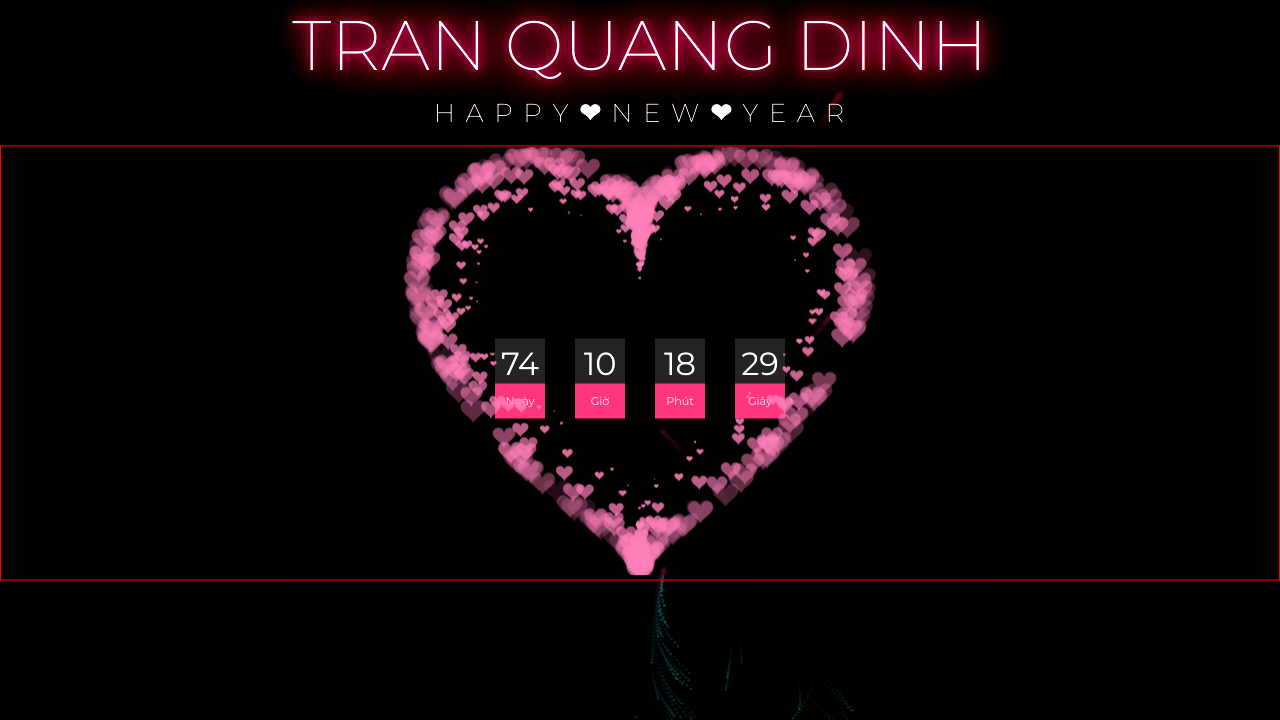
Repository: dinhtq-dev/heart-beat
Page: http://localhost/
The author's editor kept a copy of each file at every save. The page is drawn from the files as they stood at one save, then again after the next save.
The browser window is 1280 px wide. The pictures show the whole page.
Some web libraries are served in a nearby version. The page is served by the project's Node server (app.js).

Above is the page before, as saved 2023-01-07 22:51:12.

### views/index.ejs
<!DOCTYPE html>
<html>
  <head>
    <meta charset="utf-8" />
    <link rel="preconnect" href="https://fonts.googleapis.com" />
    <link rel="preconnect" href="https://fonts.gstatic.com" crossorigin />
    <link
      href="https://fonts.googleapis.com/css2?family=Montserrat:wght@200;300;400;600&display=swap"
      rel="stylesheet"
    />
    <link href="css/main.css" rel="stylesheet" />
  </head>

  <body>
    <!-- <audio autoplay="autopaly">
      <source src="renxi.mp3" type="audio/mp3" />
    </audio> -->
    <!-- 星空html -->
    <!-- <div> -->
    <div class="container2">
      <div class="content">
        <canvas id="universe"></canvas>
      </div>
    </div>
    <!-- </div> -->
    <div class="title">
      <!-- EDIT HERE -->
      <h3 class="STARDUST1">2023</h3>
      <!-- <h1 class="STARDUST2">MT &amp; BN</h1> -->
      <h1 class="STARDUST2">TRAN QUANG DINH</h1>
      <!-- <h3 class="STARDUST3">L O V E <strong>❤</strong> Y O U</h3> -->
      <h3 class="STARDUST3">
        H A P P Y <strong>❤</strong> N E W <strong>❤</strong> Y E A R
      </h3>
      <!-- <img class="img" src="EDIT_ME.png" alt="JUNO_OKYO" /> -->
      <div class="container-fluid">
        <!-- <h2>Mai Yeu</h2> -->

        <div class="countdown">
          <div id="day"></div>
          <div id="hour"></div>
          <div id="minute"></div>
          <div id="second"></div>
        </div>
        <canvas id="pinkboard"></canvas>
      </div>
    </div>

    <script src="https://cdnjs.cloudflare.com/ajax/libs/jquery/1.10.2/jquery.min.js"></script>
    <script src="js/main.js"></script>
    <script src="js/particle.js"></script>
    <script src="js/universe.js"></script>
    <script src="js/time.js"></script>
  </body>
</html>

### app.js
const express = require("express");
const app = express();
const path = require("path");
const port = 3000;
// set the view engine to ejs
app.set("view engine", "ejs");
app.set("views", "./views");

app.use(express.static(path.join(__dirname, "public")));
// use res.render to load up an ejs view file

// index page
app.get("/", function (req, res) {
  res.render("index");
});

app.listen(port);
console.log("Server is listening on port", port);

### public/css/main.css
.more-pens {
  position: fixed;
  left: 20px;
  bottom: 20px;
  z-index: 10;
  font-family: "Montserrat";
  font-size: 12px;
}

a.white-mode,
a.white-mode:link,
a.white-mode:visited,
a.white-mode:active {
  font-family: "Montserrat";
  font-size: 12px;
  text-decoration: none; /* background: #212121; */
  padding: 4px 8px;
  color: #f7f7f7;
}

a.white-mode:hover,
a.white-mode:link:hover,
a.white-mode:visited:hover,
a.white-mode:active:hover {
  background: #edf3f8;
  color: #212121;
}

.title {
  z-index: 9999 !important;
  position: absolute;
  left: 50%;
  top: 42%;
  transform: translateX(-50%) translateY(-50%);
  font-family: "Montserrat";
  text-align: center;
  width: 100%;
}

.title h1 {
  z-index: 99;
  position: relative;
  color: #fff;
  font-weight: 100;
  font-size: 70px;
  padding: 0;
  margin: 0;
  line-height: 1;
  text-shadow: 0 0 10px #ff006c, 0 0 20px #ff006c, 0 0 30px #ff006c,
    0 0 40px #ff417d, 0 0 70px #ff417d, 0 0 80px #ff417d, 0 0 100px #ff417d,
    0 0 150px #ff417d;
}

.title h1 span {
  z-index: 99;
  font-weight: 600;
  padding: 0;
  margin: 0;
  color: #ffffff;
}

.title h3 {
  z-index: 99;
  font-weight: 200;
  font-size: 26px;
  padding: 0;
  margin: 0;
  line-height: 1;
  color: #ffffff;
  letter-spacing: 2px;
}

/* 爱心css */
canvas {
  position: absolute;
  width: 100%;
  height: 100%;
}

.img {
  position: absolute;
  left: 50%;
  top: 60%;
  transform: translate(-50%, -50%);
  width: 420px;
  height: 420px;
}

#pinkboard {
  position: relative;
  top: 0%;
  left: 0%;
  height: 429px;
}

.STARDUST1 {
  position: relative !important;
  top: -60px;
}

.STARDUST2 {
  position: relative !important;
  top: -40px;
}

.STARDUST3 {
  position: relative !important;
  top: -20px;
}

/* 星空css */
html,
body {
  padding: 0px;
  margin: 0px;
  width: 100%;
  height: 100%;
  position: fixed;
}

body {
  display: flex;
  justify-content: center;
  align-items: center;
  -webkit-filter: contrast(120%);
  filter: contrast(120%);
  background-image: radial-gradient(
    1600px at 70% 120%,
    rgba(33, 39, 80, 1) 10%,
    #020409 100%
  ) !important; /* background-color: black; */
}

.container2 {
  /* z-index: 8; */
  position: absolute;
  width: 100%;
  height: 100%;
  background-image: radial-gradient(
    1600px at 70% 120%,
    rgba(33, 39, 80, 1) 10%,
    #020409 100%
  ) !important;
}

.content {
  width: inherit;
  height: inherit;
  width: 100%;
  height: 100%;
  background-image: radial-gradient(
    1600px at 70% 120%,
    rgba(33, 39, 80, 1) 10%,
    #020409 100%
  ) !important;
}

#universe {
  width: 100%;
  height: 100%;
}

#footerContent {
  font-family: sans-serif;
  font-size: 110%;
  color: rgba(200, 220, 255, 0.3);
  width: 100%;
  position: fixed;
  bottom: 0px;
  padding: 20px;
  text-align: center;
  z-index: 20;
}

/* #footer {
  position: absolute;
  bottom: 0px;
  height: 300px;
  width: 100%;
} */
#scene {
  height: 100%;
  position: absolute;
  left: 50%;
  margin-left: -800px;
}

a {
  text-decoration: none;
  color: rgba(200, 220, 255, 1);
  opacity: 0.4;
  transition: opacity 0.4s ease;
}

a:hover {
  opacity: 1;
}

/* heart image: https://stackoverflow.com/a/51216413 */
img {
  /* width: 200px; */
  aspect-ratio: 1;
  object-fit: cover;
  --_m: radial-gradient(#000 69%, #0000 70%) 84.5% fill/100%;
  -webkit-mask-box-image: var(--_m);
  mask-border: var(--_m);
  clip-path: polygon(-41% 0, 50% 91%, 141% 0);
}

.container-fluid {
  border: 1px solid red;
  position: relative;
}

.container-fluid h2 {
  color: white;
  position: absolute;
  margin: 0;
  padding: 0;
  left: 50%;
  top: 50%;
  transform: translate(-50%, -50%);

  line-height: 1;
  text-shadow: 0 0 10px #ff006c, 0 0 20px #ff006c, 0 0 30px #ff006c,
    0 0 40px #ff417d, 0 0 70px #ff417d, 0 0 80px #ff417d, 0 0 100px #ff417d,
    0 0 150px #ff417d;
}

.container {
  position: absolute;
  top: 80px;
  left: 100px;
  right: 100px;
  bottom: 80px;
  background: url(https://images.unsplash.com/photo-1588392382834-a891154bca4d?ixid=MXwxMjA3fDB8MHxwaG90by1wYWdlfHx8fGVufDB8fHw%3D&ixlib=rb-1.2.1&auto=format&fit=crop&w=1589&q=80);
  background-attachment: fixed;
  display: flex;
  justify-content: center;
  align-items: center;
  flex-direction: column;
  box-shadow: 0 1px 1px rgba(0, 0, 0, 0.12), 0 2px 2px rgba(0, 0, 0, 0.12),
    0 4px 4px rgba(0, 0, 0, 0.12), 0 8px 8px rgba(0, 0, 0, 0.12),
    0 16px 16px rgba(0, 0, 0, 0.12);
}

.container h2 {
  text-align: center;
  font-size: 10em;
  line-height: 0.7em;
  color: #fff;
  margin-top: -80px;
}
.container h2 span {
  display: block;
  letter-spacing: 6px;
  font-size: 0.2em;
}

.countdown {
  display: flex;
  position: absolute;
  left: 50%;
  top: 50%;
  transform: translate(-50%, -50%);
}

.countdown div {
  position: relative;
  width: 50px;
  line-height: 50px;
  text-align: center;
  background: #333;
  color: #fff;
  margin: 0 15px;
  font-size: 2em;
  box-shadow: 0 1px 1px rgba(0, 0, 0, 0.12), 0 2px 2px rgba(0, 0, 0, 0.12),
    0 4px 4px rgba(0, 0, 0, 0.12), 0 8px 8px rgba(0, 0, 0, 0.12),
    0 16px 16px rgba(0, 0, 0, 0.12);
}
.countdown div:before {
  content: "";
  position: absolute;
  bottom: -30px;
  left: 0;
  width: 100%;
  background: #ff417d;
  color: #dddddd;
  font-size: 0.35em;
  line-height: 35px;
}

.countdown #day:before {
  content: "Ngày";
}
.countdown #hour:before {
  content: "Giờ";
}
.countdown #minute:before {
  content: "Phút";
}
.countdown #second:before {
  content: "Giây";
}

### public/js/main.js
let particles = [];
let microparticles = [];

const c1 = createCanvas({
  width: $(window).width(),
  height: $(window).height(),
});

const tela = c1.canvas;
const canvas = c1.context;

// $("body").append(tela);
$("body").append(c1.canvas);

class Particle1 {
  constructor(canvas) {
    this.random = Math.random();
    this.random1 = Math.random();
    this.random2 = Math.random();
    this.progress = 0;
    this.canvas = canvas;
    this.life = 1000 + Math.random() * 3000;

    this.x = $(window).width() / 2 + (Math.random() * 20 - Math.random() * 20);
    this.y = $(window).height();
    this.s = 2 + Math.random();
    this.w = $(window).width();
    this.h = $(window).height();
    this.direction = this.random > 0.5 ? -1 : 1;
    this.radius = 1 + 3 * this.random;
    this.color = "#ff417d";

    this.ID = setInterval(
      function () {
        microparticles.push(
          new microParticle(c1.context, {
            x: this.x,
            y: this.y,
          })
        );
      }.bind(this),
      this.random * 20
    );

    setTimeout(
      function () {
        clearInterval(this.ID);
      }.bind(this),
      this.life
    );
  }

  render() {
    this.canvas.beginPath();
    this.canvas.arc(this.x, this.y, this.radius, 0, 2 * Math.PI);
    // this.canvas.lineWidth = 2;
    this.canvas.shadowOffsetX = 0;
    this.canvas.shadowOffsetY = 0;
    // this.canvas.shadowBlur = 6;
    this.canvas.shadowColor = "#000000";
    this.canvas.fillStyle = this.color;
    this.canvas.fill();
    this.canvas.closePath();
  }

  move() {
    this.x -=
      this.direction * Math.sin(this.progress / (this.random1 * 430)) * this.s;
    this.y -= Math.cos(this.progress / this.h) * this.s;

    if (this.x < 0 || this.x > this.w - this.radius) {
      clearInterval(this.ID);
      return false;
    }

    if (this.y < 0) {
      clearInterval(this.ID);
      return false;
    }
    this.render();
    this.progress++;
    return true;
  }
}

class microParticle {
  constructor(canvas, options) {
    this.random = Math.random();
    this.random1 = Math.random();
    this.random2 = Math.random();
    this.progress = 0;
    this.canvas = canvas;

    this.x = options.x;
    this.y = options.y;
    this.s = 2 + Math.random() * 3;
    this.w = $(window).width();
    this.h = $(window).height();
    this.radius = 1 + this.random * 0.5;
    this.color = "#4EFCFE"; //this.random > .5 ? "#a9722c" : "#FFFED7"
  }

  render() {
    this.canvas.beginPath();
    this.canvas.arc(this.x, this.y, this.radius, 0, 2 * Math.PI);
    this.canvas.lineWidth = 2;
    this.canvas.fillStyle = this.color;
    this.canvas.fill();
    this.canvas.closePath();
  }

  move() {
    this.x -=
      Math.sin(this.progress / (100 / (this.random1 - this.random2 * 10))) *
      this.s;
    this.y += Math.cos(this.progress / this.h) * this.s;

    if (this.x < 0 || this.x > this.w - this.radius) {
      return false;
    }

    if (this.y > this.h) {
      return false;
    }
    this.render();
    this.progress++;
    return true;
  }
}

var random_life = 1000;

setInterval(
  function () {
    particles.push(new Particle1(canvas));
    random_life = 2000 * Math.random();
  }.bind(this),
  random_life
);

function clear() {
  let grd = canvas.createRadialGradient(
    tela.width / 2,
    tela.height / 2,
    0,
    tela.width / 2,
    tela.height / 2,
    tela.width
  );
  grd.addColorStop(0, "rgba(20,20,20,1)");
  grd.addColorStop(1, "rgba(0,0,0,0)");
  // Fill with gradient
  canvas.globalAlpha = 0.16;
  canvas.fillStyle = grd;
  canvas.fillRect(0, 0, tela.width, tela.height);
}

function blur(ctx, canvas, amt) {
  // ctx.filter = `blur(${amt}px)`
  // ctx.drawImage(canvas, 0, 0)
  // ctx.filter = 'none'
}

function update() {
  clear();
  particles = particles.filter(function (p) {
    return p.move();
  });
  microparticles = microparticles.filter(function (mp) {
    return mp.move();
  });
  requestAnimationFrame(update.bind(this));
}

function createCanvas(properties) {
  let canvas = document.createElement("canvas");
  canvas.width = properties.width;
  //   canvas.style.zIndex = 999;
  canvas.height = properties.height;
  let context = canvas.getContext("2d");
  return {
    canvas: canvas,
    context: context,
  };
}

update();

### public/js/particle.js
/*
 * Settings
 */
var settings = {
  particles: {
    length: 500, // maximum amount of particles
    duration: 2, // particle duration in sec
    velocity: 100, // particle velocity in pixels/sec
    effect: -0.75, // play with this for a nice effect
    size: 30, // particle size in pixels
  },
};

/*
 * RequestAnimationFrame polyfill by Erik M?ller
 */
(function() {
  var b = 0;
  var c = ["ms", "moz", "webkit", "o"];
  for (var a = 0; a < c.length && !window.requestAnimationFrame; ++a) {
    window.requestAnimationFrame = window[c[a] + "RequestAnimationFrame"];
    window.cancelAnimationFrame =
      window[c[a] + "CancelAnimationFrame"] ||
      window[c[a] + "CancelRequestAnimationFrame"];
  }
  if (!window.requestAnimationFrame) {
    window.requestAnimationFrame = function(h, e) {
      var d = new Date().getTime();
      var f = Math.max(0, 16 - (d - b));
      var g = window.setTimeout(function() {
        h(d + f);
      }, f);
      b = d + f;
      return g;
    };
  }
  if (!window.cancelAnimationFrame) {
    window.cancelAnimationFrame = function(d) {
      clearTimeout(d);
    };
  }
})();

/*
 * Point class
 */
var Point = (function() {
  function Point(x, y) {
    this.x = typeof x !== "undefined" ? x : 0;
    this.y = typeof y !== "undefined" ? y : 0;
  }
  Point.prototype.clone = function() {
    return new Point(this.x, this.y);
  };
  Point.prototype.length = function(length) {
    if (typeof length == "undefined")
      return Math.sqrt(this.x * this.x + this.y * this.y);
    this.normalize();
    this.x *= length;
    this.y *= length;
    return this;
  };
  Point.prototype.normalize = function() {
    var length = this.length();
    this.x /= length;
    this.y /= length;
    return this;
  };
  return Point;
})();

/*
 * Particle class
 */
var Particle = (function() {
  function Particle() {
    this.position = new Point();
    this.velocity = new Point();
    this.acceleration = new Point();
    this.age = 0;
  }
  Particle.prototype.initialize = function(x, y, dx, dy) {
    this.position.x = x;
    this.position.y = y;
    this.velocity.x = dx;
    this.velocity.y = dy;
    this.acceleration.x = dx * settings.particles.effect;
    this.acceleration.y = dy * settings.particles.effect;
    this.age = 0;
  };
  Particle.prototype.update = function(deltaTime) {
    this.position.x += this.velocity.x * deltaTime;
    this.position.y += this.velocity.y * deltaTime;
    this.velocity.x += this.acceleration.x * deltaTime;
    this.velocity.y += this.acceleration.y * deltaTime;
    this.age += deltaTime;
  };
  Particle.prototype.draw = function(context, image) {
    function ease(t) {
      return --t * t * t + 1;
    }
    var size = image.width * ease(this.age / settings.particles.duration);
    context.globalAlpha = 1 - this.age / settings.particles.duration;
    context.drawImage(
      image,
      this.position.x - size / 2,
      this.position.y - size / 2,
      size,
      size
    );
  };
  return Particle;
})();

/*
 * ParticlePool class
 */
var ParticlePool = (function() {
  var particles,
    firstActive = 0,
    firstFree = 0,
    duration = settings.particles.duration;

  function ParticlePool(length) {
    // create and populate particle pool
    particles = new Array(length);
    for (var i = 0; i < particles.length; i++)
      particles[i] = new Particle();
  }
  ParticlePool.prototype.add = function(x, y, dx, dy) {
    particles[firstFree].initialize(x, y, dx, dy);

    // handle circular queue
    firstFree++;
    if (firstFree == particles.length) firstFree = 0;
    if (firstActive == firstFree) firstActive++;
    if (firstActive == particles.length) firstActive = 0;
  };
  ParticlePool.prototype.update = function(deltaTime) {
    var i;

    // update active particles
    if (firstActive < firstFree) {
      for (i = firstActive; i < firstFree; i++)
        particles[i].update(deltaTime);
    }
    if (firstFree < firstActive) {
      for (i = firstActive; i < particles.length; i++)
        particles[i].update(deltaTime);
      for (i = 0; i < firstFree; i++) particles[i].update(deltaTime);
    }

    // remove inactive particles
    while (
      particles[firstActive].age >= duration &&
      firstActive != firstFree
    ) {
      firstActive++;
      if (firstActive == particles.length) firstActive = 0;
    }
  };
  ParticlePool.prototype.draw = function(context, image) {
    // draw active particles
    if (firstActive < firstFree) {
      for (i = firstActive; i < firstFree; i++)
        particles[i].draw(context, image);
    }
    if (firstFree < firstActive) {
      for (i = firstActive; i < particles.length; i++)
        particles[i].draw(context, image);
      for (i = 0; i < firstFree; i++) particles[i].draw(context, image);
    }
  };
  return ParticlePool;
})();

/*
 * Putting it all together
 */
(function(canvas) {
  var context = canvas.getContext("2d"),
    particles = new ParticlePool(settings.particles.length),
    particleRate = settings.particles.length / settings.particles.duration, // particles/sec
    time;

  // get point on heart with -PI <= t <= PI
  function pointOnHeart(t) {
    return new Point(
      160 * Math.pow(Math.sin(t), 3),
      130 * Math.cos(t) -
      50 * Math.cos(2 * t) -
      20 * Math.cos(3 * t) -
      10 * Math.cos(4 * t) +
      25
    );
  }

  // creating the particle image using a dummy canvas
  var image = (function() {
    var canvas = document.createElement("canvas"),
      context = canvas.getContext("2d");
    canvas.width = settings.particles.size;
    canvas.height = settings.particles.size;
    // helper function to create the path
    function to(t) {
      var point = pointOnHeart(t);
      point.x =
        settings.particles.size / 2 +
        (point.x * settings.particles.size) / 350;
      point.y =
        settings.particles.size / 2 -
        (point.y * settings.particles.size) / 350;
      return point;
    }
    // create the path
    context.beginPath();
    var t = -Math.PI;
    var point = to(t);
    context.moveTo(point.x, point.y);
    while (t < Math.PI) {
      t += 0.01; // baby steps!
      point = to(t);
      context.lineTo(point.x, point.y);
    }
    context.closePath();
    // create the fill
    context.fillStyle = "#ea80b0";
    context.fill();
    // create the image
    var image = new Image();
    image.src = canvas.toDataURL();
    return image;
  })();

  // render that thing!
  function render() {
    // next animation frame
    requestAnimationFrame(render);

    // update time
    var newTime = new Date().getTime() / 1000,
      deltaTime = newTime - (time || newTime);
    time = newTime;

    // clear canvas
    context.clearRect(0, 0, canvas.width, canvas.height);

    // create new particles
    var amount = particleRate * deltaTime;
    for (var i = 0; i < amount; i++) {
      var pos = pointOnHeart(Math.PI - 2 * Math.PI * Math.random());
      var dir = pos.clone().length(settings.particles.velocity);
      particles.add(
        canvas.width / 2 + pos.x,
        canvas.height / 2 - pos.y,
        dir.x,
        -dir.y
      );
    }

    // update and draw particles
    particles.update(deltaTime);
    particles.draw(context, image);
  }

  // handle (re-)sizing of the canvas
  function onResize() {
    canvas.width = canvas.clientWidth;
    canvas.height = canvas.clientHeight;
  }
  window.onresize = onResize;

  // delay rendering bootstrap
  setTimeout(function() {
    onResize();
    render();
  }, 10);
})(document.getElementById("pinkboard"));

### public/js/universe.js
window.requestAnimationFrame =
  window.requestAnimationFrame ||
  window.mozRequestAnimationFrame ||
  window.webkitRequestAnimationFrame ||
  window.msRequestAnimationFrame;



this.draw = function() {
  universe.beginPath();

  if (this.giant) {
    universe.fillStyle = "rgba(" + giantColor + "," + this.opacity + ")";
    universe.arc(this.x, this.y, 2, 0, 2 * Math.PI, false);
  } else if (this.comet) {
    universe.fillStyle = "rgba(" + cometColor + "," + this.opacity + ")";
    universe.arc(this.x, this.y, 1.5, 0, 2 * Math.PI, false);

    //comet tail
    for (var i = 0; i < 30; i++) {
      universe.fillStyle =
        "rgba(" +
        cometColor +
        "," +
        (this.opacity - (this.opacity / 20) * i) +
        ")";
      universe.rect(
        this.x - (this.dx / 4) * i,
        this.y - (this.dy / 4) * i - 2,
        2,
        2
      );
      universe.fill();
    }
  } else {
    universe.fillStyle = "rgba(" + starColor + "," + this.opacity + ")";
    universe.rect(this.x, this.y, this.r, this.r);
  }

  universe.closePath();
  universe.fill();
};

this.move = function() {
  this.x += this.dx;
  this.y += this.dy;
  if (this.fadingOut === false) {
    this.reset();
  }
  if (this.x > width - width / 4 || this.y < 0) {
    this.fadingOut = true;
  }
};

(function() {
  setTimeout(function() {
    first = false;
  }, 50);
})();


function getProbability(percents) {
  return Math.floor(Math.random() * 1000) + 1 < percents * 10;
}

function getRandInterval(min, max) {
  return Math.random() * (max - min) + min;
}

function windowResizeHandler() {
  width = window.innerWidth;
  height = window.innerHeight;
  starCount = width * starDensity;
  circleRadius = width > height ? height / 2 : width / 2;
  circleCenter = {
    x: width / 2,
    y: height / 2,
  };

  canva.setAttribute("width", width);
  canva.setAttribute("height", height);
}

### public/js/time.js
/*Lấy thời gian tết âm lịch (mily giây)*/
var tetAmLich = new Date(2022, 12, 22, 0, 0, 0).getTime();

function newYear() {
  /*Lấy thời gian ngày hiện tại (mily giây) */
  var ngayHienTai = new Date().getTime();

  /*Tính thời gian còn lại (mily giây) */

  console.log("tetAmLich", tetAmLich);
  thoigianConLai = tetAmLich - ngayHienTai;

  /*Chuyển đơn vị thời gian tương ứng sang mili giây*/
  var giay = 1000;
  var phut = giay * 60;
  var gio = phut * 60;
  var ngay = gio * 24;

  /*Tìm ra thời gian theo ngày, giờ, phút giây còn lại thông qua cách chia lấy dư(%) và làm tròn số(Math.floor) trong Javascript*/
  var d = Math.floor(thoigianConLai / ngay);
  var h = Math.floor((thoigianConLai % ngay) / gio);
  var m = Math.floor((thoigianConLai % gio) / phut);
  var s = Math.floor((thoigianConLai % phut) / giay);

  /*Hiển thị kết quả ra các thẻ Div với ID tương ứng*/
  document.getElementById("day").innerText = d;
  document.getElementById("hour").innerText = h;
  document.getElementById("minute").innerText = m;
  document.getElementById("second").innerText = s;
}

/*Thiết Lập hàm sẽ tự động chạy lại sau 1s*/
setInterval(function () {
  newYear();
}, 1000);

After the next save:
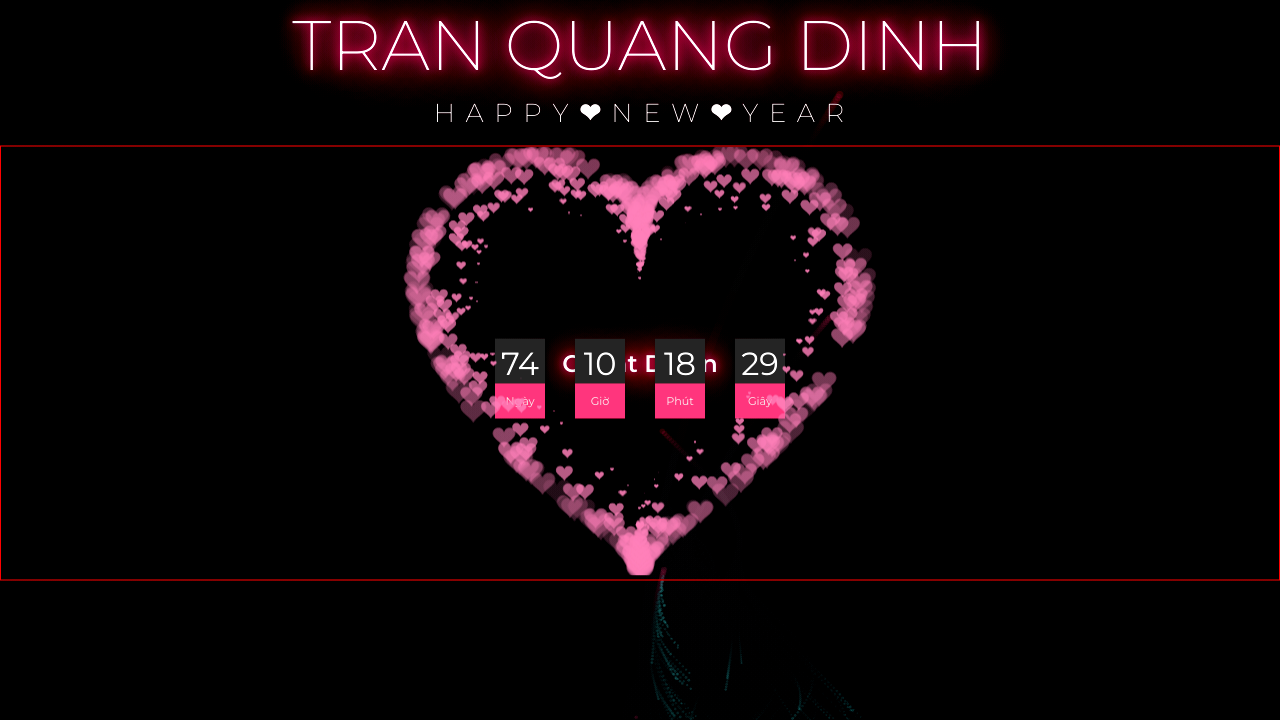
Saved 22 s later.
--- a/views/index.ejs
+++ b/views/index.ejs
@@ -34,7 +34,7 @@
       </h3>
       <!-- <img class="img" src="EDIT_ME.png" alt="JUNO_OKYO" /> -->
       <div class="container-fluid">
-        <!-- <h2>Mai Yeu</h2> -->
+        <h2>Count Down</h2>
 
         <div class="countdown">
           <div id="day"></div>
